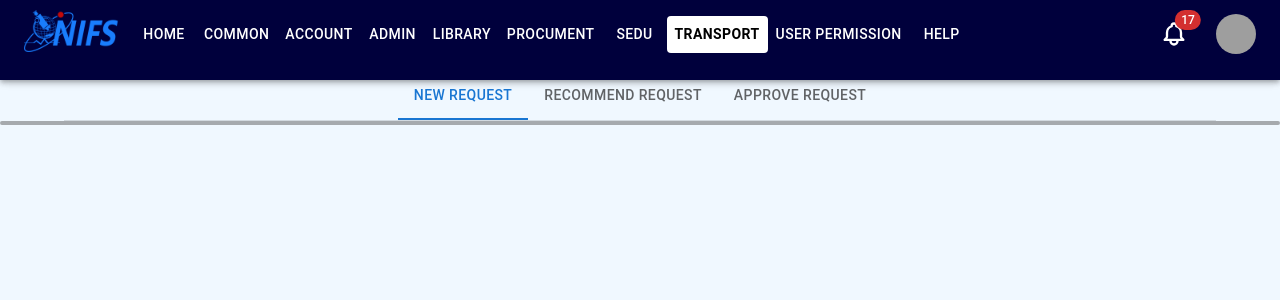
Repository: virangaj/NIFS-WebApp
Page: /transport (app in client/)
These files come from the project's save history. The page is drawn as it stood at one moment and after a run of saves; the edit follows.
The browser window is 1280 px wide. The pictures show the whole page.
Pictures or frames that could not be fetched are drawn as grey boxes. The project was rebuilt for these pictures with package versions that can differ from the ones it lists, and the page was loaded fresh each time. Also part of the build but not shown: client/src/pages/Login.tsx, client/src/pages/Home.tsx, client/src/pages/CommonMainPage.tsx, client/src/pages/AccountMainPage.tsx, client/src/pages/AdminMainPage.tsx, client/src/pages/LibraryMainPage.js, client/src/pages/ProcumentMainPage.js, client/src/components/sedu/AttendanceFeedback.tsx and 15 more.

Above is the page before, as saved 2022-07-27 22:08:20.

### client/public/index.html
<!DOCTYPE html>
<html lang="en">
	<head>
		<meta charset="utf-8" />
		<link rel="icon" href="nifs_logo.png" />
		<meta name="viewport" content="width=device-width, initial-scale=1" />
		<meta name="theme-color" content="#000000" />
		<meta
			name="description"
			content="Web site created using create-react-app"
		/>
		<link rel="apple-touch-icon" href="%PUBLIC_URL%/logo192.png" />
		<!--
      manifest.json provides metadata used when your web app is installed on a
      user's mobile device or desktop. See https://developers.google.com/web/fundamentals/web-app-manifest/
    -->
		<link rel="manifest" href="%PUBLIC_URL%/manifest.json" />
		<!--
      Notice the use of %PUBLIC_URL% in the tags above.
      It will be replaced with the URL of the `public` folder during the build.
      Only files inside the `public` folder can be referenced from the HTML.

      Unlike "/favicon.ico" or "favicon.ico", "%PUBLIC_URL%/favicon.ico" will
      work correctly both with client-side routing and a non-root public URL.
      Learn how to configure a non-root public URL by running `npm run build`.
    -->
		<link
			href="https://fonts.googleapis.com/css?family=Poppins"
			rel="stylesheet"
		/>
		<title>NIFS Dashboard</title>
	</head>
	<body>
		<noscript>You need to enable JavaScript to run this app.</noscript>
		<div id="root"></div>
		<!--
      This HTML file is a template.
      If you open it directly in the browser, you will see an empty page.

      You can add webfonts, meta tags, or analytics to this file.
      The build step will place the bundled scripts into the <body> tag.

      To begin the development, run `npm start` or `yarn start`.
      To create a production bundle, use `npm run build` or `yarn build`.
    -->
	</body>
</html>

### client/src/index.css
* {
  margin: 0;
}

body {
  font-family: 'Poppins';
  -webkit-font-smoothing: antialiased;
  -moz-osx-font-smoothing: grayscale;
  background-color: aliceblue;
}

:root {
  --main-navbar-back: #00003c;
  --nav-title-section-back: rgba(4, 34, 80, 0.589);
  --white: #fff;
  --black: #000;
  --gray: rgba(68, 68, 68, 0.432);
  --border-radius: 10px;
  --pimary: rgb(10, 94, 133);
  --warning: #ed3d63;
}


.nav-logo {
  width: 100px;
  height: auto;
}

a {
  text-decoration: none;
}


/* main navbar */
.main-navbar {
  background-color: var(--main-navbar-back) !important;
  width: 100% !important;
  height: 80px !important;

}



/* secondary navbar */
.secondary-navbar {
  margin-top: 10vh !important;
  margin: auto;
}

.nav-flex-section {
  display: flex;
  justify-content: center;
}

.nav-flex-inside {
  margin-left: 5px;
  margin-left: 5px;
}

.nav-title {
  font-size: 15px;
  text-align: center;
  color: var(--white);
  font-weight: 600;

}

.nav-title-section {
  border-radius: var(--border-radius);
  background-color: var(--nav-title-section-back);
  box-shadow: rgba(100, 100, 111, 0.2) 0px 7px 29px 0px;
  pointer-events: none;


}

.nav-icon {
  font-size: 30px;
}

.nav-link {
  display: flex;
  flex-direction: column;
  align-items: center;
  font-size: 15px;
  margin-left: 10px;
  margin-left: 10px;
  border: none;
  box-shadow: rgba(100, 100, 111, 0.2) 0px 7px 29px 0px;
  padding: 4px 8px 6px 8px;
  margin-bottom: 10px;
  text-align: center;
  width: 125px;
  border-radius: var(--border-radius);
  background-color: var(--white);
  outline: none;
  height: 100px;

}

.nav-link:hover {
  color: var(--pimary);
  cursor: pointer;
  box-shadow: rgba(81, 146, 177, 0.2) 0px 7px 29px 0px;
  background-color: rgb(254, 255, 205);
  border-bottom: 2px solid var(--warning);

}


.nav-link:active {
  color: var(--pimary);
  cursor: pointer;
  box-shadow: rgba(81, 146, 177, 0.2) 0px 7px 29px 0px;
  background-color: rgb(205, 248, 255);
  border-bottom: 2px solid var(--warning);
}

.nav-link-active {
  color: var(--pimary);
  cursor: pointer;
  box-shadow: rgba(81, 146, 177, 0.2) 0px 7px 29px 0px;
  background-color: rgb(205, 248, 255);
  border-bottom: 2px solid var(--warning);
}

/* body content*/
.body-content {
  margin: auto;
  width: 90%;
  margin-top: 10vh;

}

/* main page content */
.main-content {
  width: 80%;
  margin: auto;
  margin-top: 20px;
}

/* sub page content */

.sub-body-content {
  border: 2px solid var(--gray);
  border-radius: var(--border-radius);
  padding: auto;
}




/* error page */
.error-page {
  border: 2px solid var(--gray);
  border-radius: var(--border-radius);
  height: 50vh;
  width: 50vw;
  margin: auto;
  margin-top: 50px;
}

.error-page-content {
  text-align: center;
  margin-top: 50px;
}

.error-page-content h1 {
  font-size: 100px;
  color: var(--warning);
  font-weight: 700;
  pointer-events: none;

}

.error-page-content p {
  font-size: 20px;
  margin-bottom: 20px;
  pointer-events: none;
}

### client/src/App.tsx
import React, { useEffect } from 'react';
import Navbar from './components/shared/Navbar';
import Login from './pages/Login'
import { BrowserRouter as Router, Route, Routes } from 'react-router-dom'
import Home from './pages/Home';
import TransportMainPage from './pages/TransportMainPage';
import CommonMainPage from './pages/CommonMainPage';
import AccountMainPage from './pages/AccountMainPage';
import AdminMainPage from './pages/AdminMainPage';
import LibraryMainPage from './pages/LibraryMainPage';
import ProcumentMainPage from './pages/ProcumentMainPage';
import SeduMainPage from './pages/SeduMainPage';
import UserPermissionMainPage from './pages/UserPermissionMainPage';
import NotificationMainPage from './pages/NotificationMainPage';
import HelpMainPage from './pages/HelpMainPage';
import ErrorPage from './pages/ErrorPage';

function App() {


  return (
    <Router>
      <Navbar />
      <Routes>

        <Route path="/login" element={<Login />} />
        <Route path="/" element={<Home />} />
        <Route path="/common/*" element={<CommonMainPage />} />
        <Route path="/account/*" element={<AccountMainPage />} />
        <Route path="/admin/*" element={<AdminMainPage />} />
        <Route path="/library/*" element={<LibraryMainPage />} />
        <Route path="/procument/*" element={<ProcumentMainPage />} />
        <Route path="/sedu/*" element={<SeduMainPage />} />
        <Route path="/transport/*" element={<TransportMainPage />} />
        <Route
          path="/user-permission/*"
          element={<UserPermissionMainPage />}
        />
        <Route
          path="/notification/*"
          element={<NotificationMainPage />}
        />
        <Route path="/help/*" element={<HelpMainPage />} />
        <Route path="/error-404" element={<ErrorPage />} />
      </Routes>


    </Router>
  );
}

export default App;

### client/src/components/shared/Navbar.tsx
import * as React from 'react';
import AppBar from '@mui/material/AppBar';
import Box from '@mui/material/Box';
import Toolbar from '@mui/material/Toolbar';
import IconButton from '@mui/material/IconButton';
import Typography from '@mui/material/Typography';
import Menu from '@mui/material/Menu';
import Container from '@mui/material/Container';
import Avatar from '@mui/material/Avatar';
import Button from '@mui/material/Button';
import Tooltip from '@mui/material/Tooltip';
import MenuItem from '@mui/material/MenuItem';
import { HiMenuAlt2, HiOutlineBell } from "react-icons/hi";
import Badge from '@mui/material/Badge';
import Logo from '../../images/nifs_logo.png'
import { Link, useLocation } from 'react-router-dom';
const pages = [
    {
        id: 0,
        title: 'Home',
        link: '/',
    },
    {
        id: 1,
        title: 'Common',
        link: '/common',
    },
    {
        id: 2,
        title: 'Account',
        link: '/account',
    },
    {
        id: 3,
        title: 'Admin',
        link: '/admin',
    },
    {
        id: 4,
        title: 'Library',
        link: '/library',
    },
    {
        id: 5,
        title: 'Procument',
        link: '/procument',
    },
    {
        id: 6,
        title: 'SEDU',
        link: '/sedu',
    },
    {
        id: 7,
        title: 'Transport',
        link: '/transport',
    },
    {
        id: 8,
        title: 'User Permission',
        link: '/user-permission',
    },
    // {
    //     id: 9,
    //     title: 'Notification',
    //     link: '/notification',
    // },
    {
        id: 10,
        title: 'Help',
        link: '/help',
    },
];
const settings = [
    {
        id: 0,
        title: 'Login',
        link: '/login',
    },
];
const Navbar = () => {

    // nav bar function and variables
    const location: any = useLocation();

    const [anchorElNav, setAnchorElNav] = React.useState<null | HTMLElement>(null);
    const [anchorElUser, setAnchorElUser] = React.useState<null | HTMLElement>(null);

    const handleOpenNavMenu = (event: React.MouseEvent<HTMLElement>) => {
        setAnchorElNav(event.currentTarget);
    };
    const handleOpenUserMenu = (event: React.MouseEvent<HTMLElement>) => {
        setAnchorElUser(event.currentTarget);
    };

    const handleCloseNavMenu = () => {
        setAnchorElNav(null);
    };

    const handleCloseUserMenu = () => {
        setAnchorElUser(null);
    };

    return (
        <AppBar position="fixed" className="main-navbar">
            <Container maxWidth="xl">
                <Toolbar disableGutters>
                    {/*Responsive view start here  */}
                    <Box sx={{ display: { xs: 'none', md: 'flex' }, mr: 1 }}>
                        <Link to='/'>
                            <img src={Logo} alt="logo" className="nav-logo" />
                        </Link>
                    </Box>


                    <Box sx={{ flexGrow: 1, display: { xs: 'flex', md: 'none' } }}>
                        <IconButton
                            size="large"
                            aria-label="account of current user"
                            aria-controls="menu-appbar"
                            aria-haspopup="true"
                            onClick={handleOpenNavMenu}
                            color="inherit"
                        >
                            <HiMenuAlt2 />
                        </IconButton>
                        <Menu
                            id="menu-appbar"
                            anchorEl={anchorElNav}
                            anchorOrigin={{
                                vertical: 'bottom',
                                horizontal: 'left',
                            }}
                            keepMounted
                            transformOrigin={{
                                vertical: 'top',
                                horizontal: 'left',
                            }}
                            open={Boolean(anchorElNav)}
                            onClose={handleCloseNavMenu}
                            sx={{
                                display: { xs: 'block', md: 'none' },
                            }}
                        >
                            {pages && pages.map((page, index) => (
                                location.pathname.split('/')[1] === page.link.split('/')[1] ?
                                    <Link to={page.link} style={{ textDecoration: 'none' }} key={index}>
                                        <Button

                                            onClick={handleCloseNavMenu}
                                            sx={{ my: 2, color: 'white', display: 'block' }}
                                            style={{ backgroundColor: '#000', color: '#fff', fontWeight: 700 }}
                                        >
                                            {page.title}
                                        </Button>
                                    </Link>
                                    :
                                    <Link to={page.link} style={{ textDecoration: 'none' }} >
                                        <Button
                                            key={page.id}
                                            onClick={handleCloseNavMenu}
                                            sx={{ my: 2, color: 'white', display: 'block' }}
                                            style={{ backgroundColor: '#fff', color: '#000' }}
                                        >
                                            {page.title}
                                        </Button>
                                    </Link>
                            ))}
                        </Menu>
                    </Box>
                    {/* Responsive view ends here */}

                    {/* Full width starts here */}
                    <Box
                        sx={{
                            mr: 2,
                            display: { xs: 'flex', md: 'none' },
                            flexGrow: 1,
                        }}
                    >
                        <Link to='/'>
                            <img src={Logo} alt="logo" className="nav-logo" />
                        </Link>
                    </Box>

                    <Box sx={{ flexGrow: 1, display: { xs: 'none', md: 'flex' } }}>
                        {pages.map((page, index) => (
                            location.pathname.split('/')[1] === page.link.split('/')[1] ?
                                <Link to={page.link} style={{ textDecoration: 'none' }} key={index}>
                                    <Button
                                        onClick={handleCloseNavMenu}
                                        sx={{ my: 2, color: 'white', display: 'block' }}
                                        style={{ backgroundColor: '#fff', color: '#000', fontWeight: 700 }}


                                    >
                                        {page.title}
                                    </Button>
                                </Link>
                                :
                                <Link to={page.link} style={{ textDecoration: 'none' }} >
                                    <Button
                                        key={page.id}
                                        onClick={handleCloseNavMenu}
                                        sx={{ my: 2, color: 'white', display: 'block' }}

                                    >
                                        {page.title}
                                    </Button>
                                </Link>
                        ))}
                    </Box>
                    <IconButton
                        size="large"
                        aria-label="show 17 new notifications"
                        color="inherit"
                        sx={{ mr: 2 }}
                    >
                        <Badge badgeContent={17} color="error">
                            <HiOutlineBell />
                        </Badge>
                    </IconButton>
                    <Box sx={{ flexGrow: 0 }}>
                        <Tooltip title="Open settings">
                            <IconButton onClick={handleOpenUserMenu} sx={{ p: 0 }}>
                                <Avatar alt="Remy Sharp" src="/static/images/avatar/2.jpg" />
                            </IconButton>
                        </Tooltip>
                        <Menu
                            sx={{ mt: '45px' }}
                            id="menu-appbar"
                            anchorEl={anchorElUser}
                            anchorOrigin={{
                                vertical: 'top',
                                horizontal: 'right',
                            }}
                            keepMounted
                            transformOrigin={{
                                vertical: 'top',
                                horizontal: 'right',
                            }}
                            open={Boolean(anchorElUser)}
                            onClose={handleCloseUserMenu}
                        >
                            {settings && settings.map((setting, index) => (
                                <MenuItem key={index} onClick={handleCloseUserMenu}>
                                    <Typography textAlign="center">{setting.title}</Typography>
                                </MenuItem>
                            ))}
                        </Menu>
                    </Box>
                </Toolbar>
            </Container>
        </AppBar>
    );
};
export default Navbar;

### client/src/pages/TransportMainPage.tsx
import React from 'react';

import TransportNavbar from '../components/Transport/shared/TransportNavbar';
import { Route, Routes } from 'react-router-dom';
import NewRequest from '../components/Transport/NewRequest';
import RecommendedRequest from '../components/Transport/RecommendedRequest';
import ApproveRequest from '../components/Transport/ApproveRequest';

// transport main page where all other section of transport department can be access from here
function TransportMainPage() {
	return (
		<div>
			<TransportNavbar />
			<div className="sub-body-content">
				<Routes>
					{/* <Route path="/" element={<NewRequest />} />
					<Route path="/recommend" element={<RecommendedRequest />} />
					<Route path="/approve" element={<ApproveRequest />} /> */}
				</Routes>
			</div>
		</div>
	);
}

export default TransportMainPage;

### client/src/components/Transport/shared/TransportNavbar.js
import * as React from 'react';
import Tabs from '@mui/material/Tabs';
import Tab from '@mui/material/Tab';
import Box from '@mui/material/Box';
import { Link, useLocation } from 'react-router-dom';

export default function TransportNavbar() {
	const location = useLocation();

	const pages = [
		{
			id: 0,
			title: 'New Request',
			link: '/transport',
		},
		{
			id: 1,
			title: 'Recommend Request',
			link: '/transport/recommend',
		},
		{
			id: 2,
			title: 'Approve Request',
			link: '/transport/approve',
		},
	];

	return (
		<Box sx={{ width: '90%' }} className="secondary-navbar">
			<Box sx={{ borderBottom: 1, borderColor: 'divider' }}>
				<Tabs value={location.pathname} centered>
					{pages &&
						pages.map((page) => (
							<Tab
								key={page.id}
								label={page.title}
								value={page.link}
								component={Link}
								to={page.link}
							/>
						))}
				</Tabs>
			</Box>
		</Box>
	);
}

Loaded but not shown: client/src/index.tsx (common file); client/src/reportWebVitals.ts (common file)

After the next 2 saves:
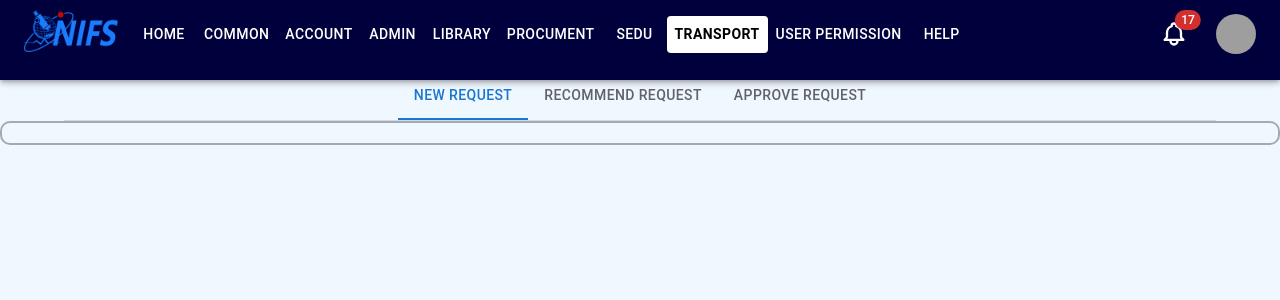
The 2 saves are shown as one change because they came seconds apart.
The last was saved 8 s later.
--- a/client/src/index.css
+++ b/client/src/index.css
@@ -144,7 +144,7 @@ a {
 .sub-body-content {
   border: 2px solid var(--gray);
   border-radius: var(--border-radius);
-  padding: auto;
+  padding: 10px;
 }
 
 
